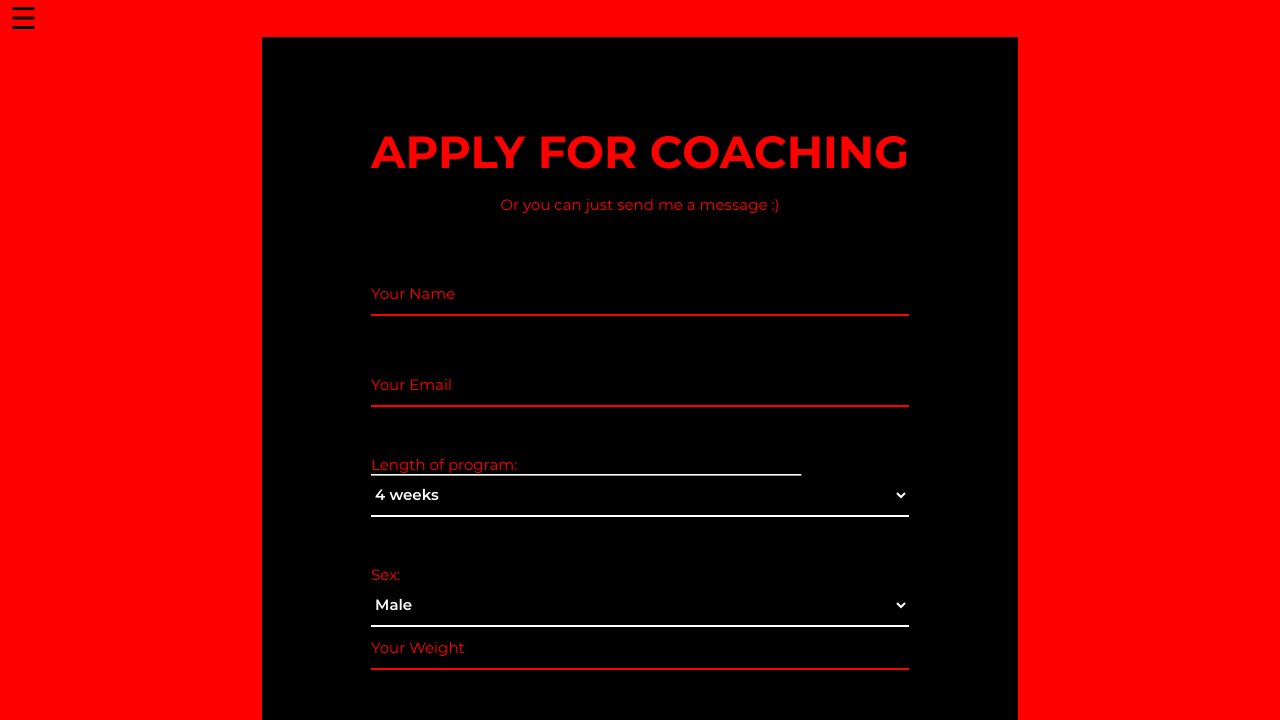
Repository: mamadont/MamadouFitnessWebsite
Page: pages-html/contact-me.html
The author's editor kept a copy of each file at every save. The page is drawn from the files as they stood at one save, then again after the next save.
The browser window is 1280 px wide. The pictures show the whole page.
An inner scrolling area shows only its first screen. Some web libraries are served in a nearby version.

Above is the page before, as saved 2020-07-08 01:31:52.

### pages-html/contact-me.html
<!DOCTYPE html>
<html>

<head>
    <title>Mamadou Fitness</title>
    <link rel="stylesheet" href='../pages-css/contact.css'>
    <meta name="viewport" content="width=device-width, initial-scale=1.0">

    <!-- Animate.CSS-->
    <link rel="stylesheet" href="https://cdnjs.cloudflare.com/ajax/libs/animate.css/4.0.0/animate.min.css" />
    <!-- Font Awesome -->
    <script src="https://kit.fontawesome.com/0a51dc7bb6.js" crossorigin="anonymous"></script>

    <!-- MATERIAL DESIGN ICONIC FONT -->
    <link rel="stylesheet" href="../fonts/material-design-iconic-font/css/material-design-iconic-font.min.css">

</head>

<body>
    <!-- Parent container-->
    <div id="main" class="bg animate__animated animate__slideInLeft">
        <!-- Hamburger Icon-->
        <span class="menu-icon" onclick="openNav()">&#9776; </span>

        <!-- START: Contact form -->
        <div class="wrapper">
            <div class="inner">
                <form action="">
                    <h3>Apply for Coaching</h3>
                    <p>Or you can just send me a message :)</p>
                    <label class="form-group">
						<input type="text" class="form-control"  required>
						<span>Your Name</span>
						<span class="border"></span>
					</label>
                    <label class="form-group">
						<input type="text" class="form-control"  required>
						<span for="">Your Email</span>
						<span class="border"></span>
                    </label>
                    <label class="form-group">
                    <label for="cars">Length of program:</label>
                    <select class="form-control" name="cars" id="cars">
                                <option value="4">4 weeks</option>
                                <option value="6">6 weeks</option>
                                <option value="8">8 weeks</option>
                                <option value="12">12 weeks</option>
                                <option value="other">Other</option>
                            </select>
                    <span class="border"></span>
                    </label>


                    <label for="cars">Sex:</label>
                    <select class="form-control" name="cars" id="cars">
                                <option value="male">Male</option>
                                <option value="female">Female</option>
                            </select>
                    <span class="border"></span>
                    </label>
                    <label class="form-group">
						<input type="number" class="form-control"  required>
						<span>Your Weight</span>
						<span class="border"></span>
					</label>
                    <label class="form-group">
						<textarea name="" id="" class="form-control" required></textarea>
						<span for="">What are your fitness goals?</span>
						<span class="border"></span>
                    </label>
                    <label class="form-group">
						<textarea name="" id="" class="form-control" required></textarea>
						<span for="">Do you have any medical conditions?</span>
						<span class="border"></span>
					</label>
                    <button>Submit
						<i class="zmdi zmdi-arrow-right"></i>
					</button>
                </form>
            </div>
        </div>
        <!-- END: Contact form -->

    </div>

    <!-- Side menu-->
    <div id="myNav" class="overlay">
        <a href="javascript:void(0)" class="closebtn" onclick="closeNav()">&times;</a>
        <div class="overlay-content">
            <!-- Menu Options -->
            <a href="../index.html">Home</a>
            <a href="./about-me.html">About me</a>
            <a href="./social-media.html">Social Media</a>
            <a href="#">Workout Programs</a>
            <a href="#">Shop</a>
            <a href="./contact-me.html">Apply for Coaching</a>
        </div>
    </div>

    <!-- Javascript for this page-->
    <script src="../scripts/script.js"></script>




    <!-- Necessary script tags for Bootstrap-->
    <script src="https://code.jquery.com/jquery-3.5.1.slim.min.js" integrity="sha384-DfXdz2htPH0lsSSs5nCTpuj/zy4C+OGpamoFVy38MVBnE+IbbVYUew+OrCXaRkfj" crossorigin="anonymous"></script>
    <script src="https://cdn.jsdelivr.net/npm/popper.js@1.16.0/dist/umd/popper.min.js" integrity="sha384-Q6E9RHvbIyZFJoft+2mJbHaEWldlvI9IOYy5n3zV9zzTtmI3UksdQRVvoxMfooAo" crossorigin="anonymous"></script>
</body>

</html>

### pages-css/contact.css
/* Background Image */

body,
html {
    height: 100%;
    font-family: "Montserrat-Regular";
    color: red;
    font-size: 15px;
    margin: 0;
    overflow-x: hidden;
    background-color: red;
}

.bg {
    /* The image used */
    background-color: red;
    /* Full height */
    height: 100%;
    /* Center and scale the image nicely */
    background-position: center;
    background-repeat: no-repeat;
    background-size: cover;
    z-index: -1;
}


/* Hamburger (Menu) icon */

.menu-icon {
    font-size: 30px;
    cursor: pointer;
    padding-left: 10px;
    color: black;
    height: 300px;
    width: 300px;
}


/* Menu overlay */

.overlay {
    height: 100%;
    width: 0;
    position: fixed;
    z-index: 1;
    top: 0;
    left: 0;
    background-color: rgb(0, 0, 0);
    background-color: rgba(0, 0, 0, 0.9);
    overflow-x: hidden;
    transition: 0.5s;
}

.overlay-content {
    position: relative;
    top: 25%;
    width: 100%;
    text-align: center;
    margin-top: 30px;
}

.overlay a {
    padding: 8px;
    text-decoration: none;
    font-size: 36px;
    color: #818181;
    display: block;
    transition: 0.3s;
}

.overlay a:hover,
.overlay a:focus {
    color: red;
    text-decoration: none;
}

.overlay .closebtn {
    position: absolute;
    top: 20px;
    right: 45px;
    font-size: 60px;
}

@media screen and (max-height: 450px) {
    .overlay a {
        font-size: 20px
    }
    .overlay .closebtn {
        font-size: 40px;
        top: 15px;
        right: 35px;
    }
}


/* Contact form */

@font-face {
    font-family: "Montserrat-Regular";
    src: url("../fonts/Montserrat/Montserrat-Regular.ttf");
}

@font-face {
    font-family: "Montserrat-Bold";
    src: url("../fonts/Montserrat/Montserrat-Bold.ttf");
}

@font-face {
    font-family: "Montserrat-SemiBold";
    src: url("../fonts/Montserrat/Montserrat-SemiBold.ttf");
}

* {
    -webkit-box-sizing: border-box;
    -moz-box-sizing: border-box;
    box-sizing: border-box;
}

input,
textarea,
select,
button {
    font-family: "Montserrat-Regular";
    color: #fff;
    font-size: 15px;
}

p,
h1,
h2,
h3,
h4,
h5,
h6,
ul {
    margin: 0;
}

img {
    max-width: 100%;
}

ul {
    padding-left: 0;
    margin-bottom: 0;
}

a:hover {
    text-decoration: none;
}

 :focus {
    outline: none;
}

.wrapper {
    min-height: 100vh;
    display: flex;
    align-items: center;
    background-size: cover;
}

.inner {
    max-width: 758px;
    margin: auto;
    background: black;
    border: 10px solid black;
    padding: 77px 99px 87px;
    /* box-shadow: 0px 0px 10px 0px rgba(0, 0, 0, 0.2);
    -webkit-box-shadow: 0px 0px 10px 0px rgba(0, 0, 0, 0.2);
    -moz-box-shadow: 0px 0px 10px 0px rgba(0, 0, 0, 0.2);
    -ms-box-shadow: 0px 0px 10px 0px rgba(0, 0, 0, 0.2);
    -o-box-shadow: 0px 0px 10px 0px rgba(0, 0, 0, 0.2); */
}

textarea {
    resize: none;
}

h3 {
    text-transform: uppercase;
    font-size: 45px;
    font-family: "Montserrat-Bold";
    text-align: center;
    margin-bottom: 12px;
}

p {
    text-align: center;
    padding: 0 10px;
    margin-bottom: 55px;
    line-height: 1.8;
}

.form-group {
    position: relative;
    display: block;
    margin-bottom: 48px;
}

.form-group span {
    font-size: 15px;
    color: red;
    position: absolute;
    top: 11px;
    transition: all .2s ease;
    transform-origin: 0 0;
    cursor: text;
}

.form-group span.border {
    height: 2px;
    display: block;
    position: absolute;
    width: 100%;
    left: 0;
    top: 41px;
    transform: scaleX(0);
    transition: all .15s ease;
    background: #fff;
}

.form-control {
    border: none;
    border-bottom: 2px solid red;
    display: block;
    width: 100%;
    height: 43px;
    font-size: 15px;
    background: none;
    font-family: "Montserrat-SemiBold";
}

.form-control:focus,
.form-control:valid {
    border-bottom: 2px solid #fff;
}

.form-control:focus+span,
.form-control:valid+span {
    transform: translateY(-22px) scale(0.8);
}

.form-control:focus+span+.border,
.form-control:valid+span+.border {
    transform: scaleX(1);
}

textarea.form-control {
    padding-top: 10px;
    padding-bottom: 10px;
}

button {
    border: none;
    width: 162px;
    height: 51px;
    border: 2px solid #fff;
    margin: auto;
    margin-top: 60px;
    cursor: pointer;
    display: flex;
    align-items: center;
    justify-content: center;
    padding: 0;
    background: none;
    color: #fff;
    text-transform: uppercase;
    font-family: "Montserrat-SemiBold";
    -webkit-transform: perspective(1px) translateZ(0);
    transform: perspective(1px) translateZ(0);
    position: relative;
    -webkit-transition-property: color;
    transition-property: color;
    -webkit-transition-duration: 0.3s;
    transition-duration: 0.3s;
}

button i {
    margin-left: 10px;
    -webkit-transform: translateZ(0);
    transform: translateZ(0);
    -webkit-transition-duration: 0.1s;
    transition-duration: 0.1s;
    -webkit-transition-property: transform;
    transition-property: transform;
    -webkit-transition-timing-function: ease-out;
    transition-timing-function: ease-out;
}

button:before {
    content: "";
    position: absolute;
    z-index: -1;
    top: 0;
    left: 0;
    right: 0;
    bottom: 0;
    background: red;
    -webkit-transform: scaleX(0);
    transform: scaleX(0);
    -webkit-transform-origin: 0 50%;
    transform-origin: 0 50%;
    -webkit-transition-property: transform;
    transition-property: transform;
    -webkit-transition-duration: 0.3s;
    transition-duration: 0.3s;
    -webkit-transition-timing-function: ease-out;
    transition-timing-function: ease-out;
}

button:hover {
    border-color: transparent;
}

button:hover:before {
    -webkit-transform: scaleX(1);
    transform: scaleX(1);
}

button:hover i {
    -webkit-transform: translateX(4px);
    transform: translateX(4px);
}

@media (max-width: 767px) {
    h3 {
        font-size: 38px;
    }
    p {
        font-size: 14px;
        padding: 0;
    }
    .inner {
        padding: 27px 20px 37px;
        border: none;
        box-shadow: none;
        -webkit-box-shadow: none;
        -moz-box-shadow: none;
        -ms-box-shadow: none;
        -o-box-shadow: none;
    }
    .wrapper {
        background: black;
        border: 10px solid red;
    }
}


/*# sourceMappingURL=style.css.map */

### scripts/script.js
function openNav() {
    // Changes width based on the width of the viewport (30% for larger screens, 100% for smaller screens)
    if (window.innerWidth < 1280) {
        document.getElementById("myNav").style.width = "100%";
    } else {
        document.getElementById("myNav").style.width = "30%";
    }

    document.getElementById("main").style.opacity = 0.5;



}

function closeNav() {
    document.getElementById("myNav").style.width = "0%";
    document.getElementById("main").style.opacity = 1.0
}

Loaded but not shown: fonts/material-design-iconic-font/css/material-design-iconic-font.min.css (library)

After the next save:
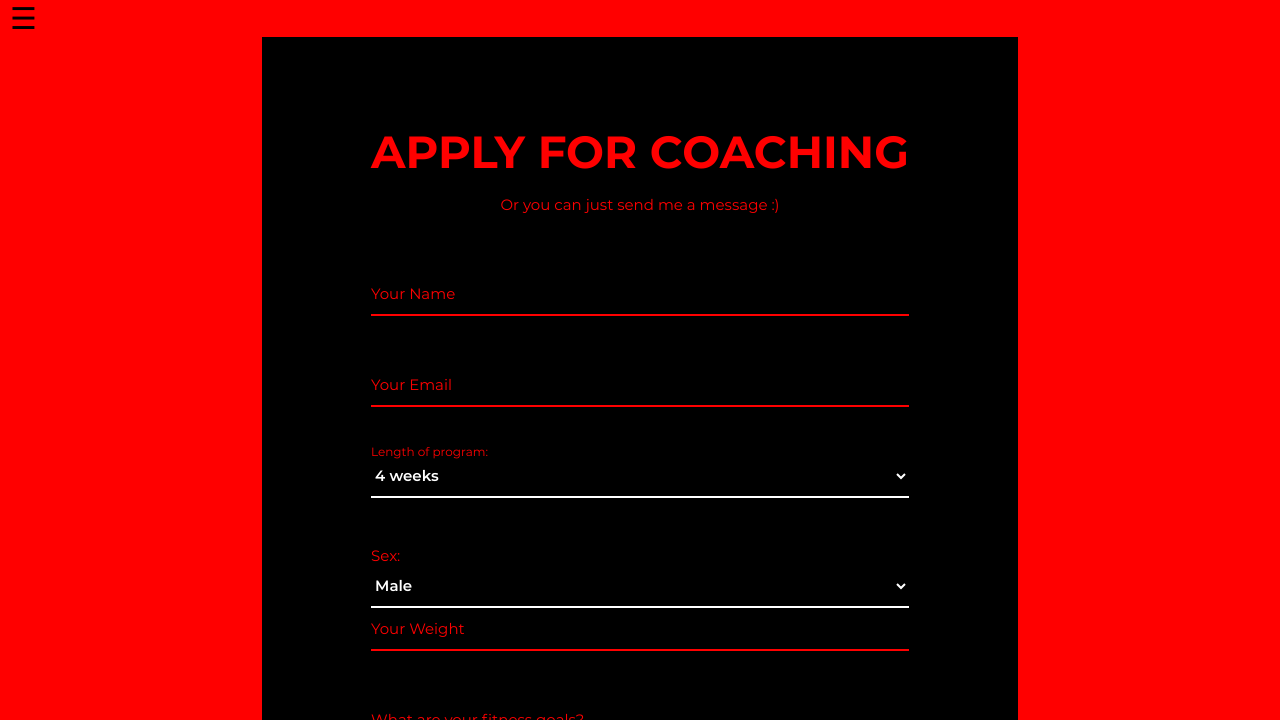
Saved 43 s later.
--- a/pages-html/contact-me.html
+++ b/pages-html/contact-me.html
@@ -39,14 +39,14 @@
 						<span class="border"></span>
                     </label>
                     <label class="form-group">
-                    <label for="cars">Length of program:</label>
-                    <select class="form-control" name="cars" id="cars">
+                        <select class="form-control" name="cars" id="cars">
                                 <option value="4">4 weeks</option>
                                 <option value="6">6 weeks</option>
                                 <option value="8">8 weeks</option>
                                 <option value="12">12 weeks</option>
                                 <option value="other">Other</option>
                             </select>
+                            <span for="cars">Length of program:</span>
                     <span class="border"></span>
                     </label>
 
